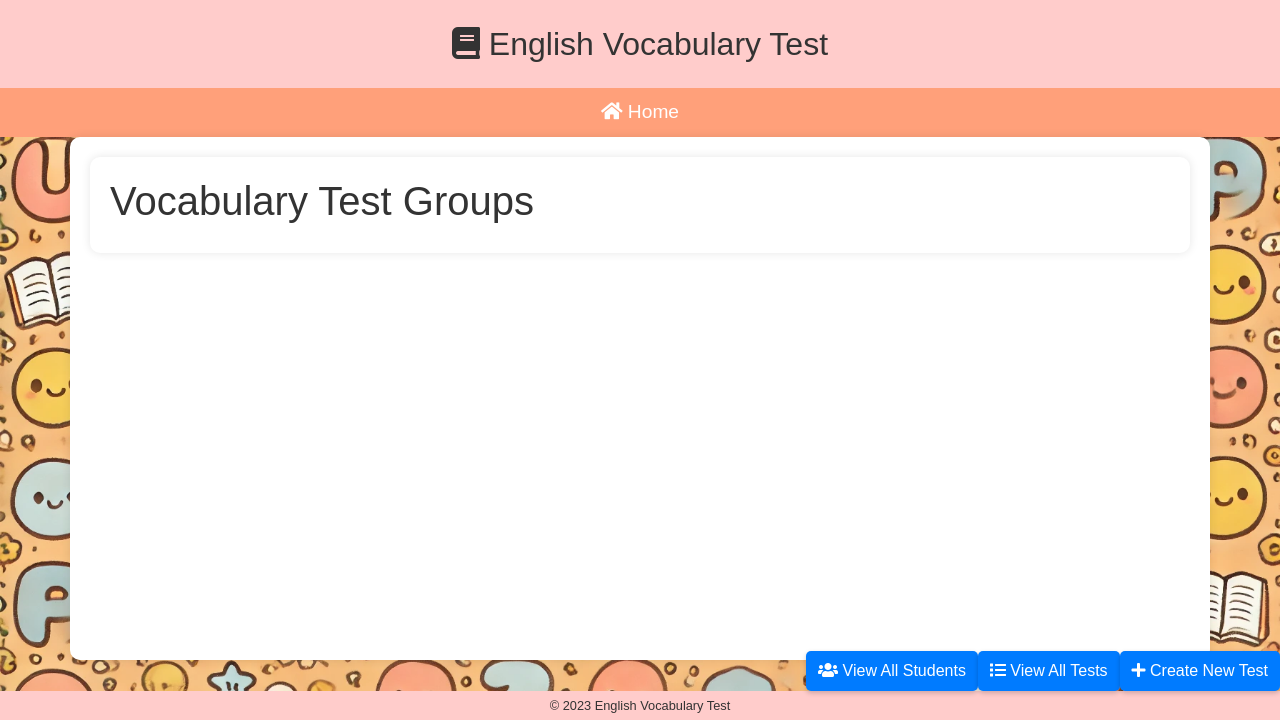
Repository: YamatoGH/testapp
Page: http://localhost/
These files come from the project's save history. The page is drawn as it stood at one moment and after the next save; the edit follows.
The browser window is 1280 px wide. The pictures show the whole page.
The page is served by the project's application, run on Django 5.2 (manage.py). Other server files are loaded and not shown. The page reads the database file committed with the project.

Above is the page before, as saved 2024-08-01 17:45:34.

### testapp/templates/testapp/home.html
{% extends "testapp/base.html" %}

{% block title %}Home{% endblock %}

{% block content %}
<div class="container">
    <h1>Vocabulary Test Groups</h1>
    {% for group, tests in group_tests.items %}
    <h2>{{ group.name }}</h2>
    {% if tests %}
    <table class="table table-striped table-hover">
        <thead>
            <tr>
                <th>Test Name</th>
                <th>Actions</th>
            </tr>
        </thead>
        <tbody>
            {% for test in tests %}
            <tr>
                <td>{{ test.name }}</td>
                <td><a href="{% url 'test_detail' test.id %}" class="btn btn-custom"><i class="fas fa-eye"></i> View</a></td>
            </tr>
            {% endfor %}
        </tbody>
    </table>
    {% else %}
    <p>No tests available in this group.</p>
    {% endif %}
    {% endfor %}
</div>

<div class="fixed-buttons">
    <a href="/students/" class="btn btn-custom view-all-students-button"><i class="fas fa-users"></i> View All Students</a>
    <a href="/all-tests/" class="btn btn-custom all-tests-button"><i class="fas fa-list"></i> View All Tests</a>
    <a href="/create-test-from-file/" class="btn btn-custom create-test-button"><i class="fas fa-plus"></i> Create New Test</a>
</div>
{% endblock %}

### testapp/templates/testapp/base.html
<!DOCTYPE html>
<html>
<head>
    {% load static %}
    <title>{% block title %}English Vocabulary Test{% endblock %}</title>
    <link rel="stylesheet" href="https://stackpath.bootstrapcdn.com/bootstrap/4.3.1/css/bootstrap.min.css">
    <link rel="stylesheet" href="https://cdnjs.cloudflare.com/ajax/libs/font-awesome/5.15.3/css/all.min.css">
    <link rel="stylesheet" type="text/css" href="{% static 'testapp/css/style.css' %}">
</head>
<body>
    <header>
        <i class="fas fa-book"></i> English Vocabulary Test
    </header>
    <nav>
        <a href="{% url 'home' %}"><i class="fas fa-home"></i> Home</a>
    </nav>
    <div class="container">
        {% block content %}{% endblock %}
    </div>
    <footer>
        &copy; 2023 English Vocabulary Test
    </footer>
</body>
<script>
    document.addEventListener("DOMContentLoaded", function() {
        var coll = document.getElementsByClassName("collapsible");
        for (var i = 0; i < coll.length; i++) {
            coll[i].addEventListener("click", function() {
                this.classList.toggle("active");
                var content = this.nextElementSibling;
                if (content.style.display === "block") {
                    content.style.display = "none";
                } else {
                    content.style.display = "block";
                }
            });
        }
    });
</script>
</html>

### testapp/views.py
import pandas as pd
from django.shortcuts import render, get_object_or_404, redirect
from django.contrib import messages
from .models import Test, Word, Student, Group
from .forms import TestForm, WordForm, StudentDetailForm, UploadFileForm
import random
from django.forms import formset_factory

def home(request):
    groups = Group.objects.all()
    return render(request, 'testapp/home.html', {'groups': groups})
def create_test_from_file(request):
    if request.method == 'POST':
        form = TestForm(request.POST, request.FILES)
        upload_form = UploadFileForm(request.POST, request.FILES)
        if form.is_valid() and upload_form.is_valid():
            test_name = form.cleaned_data['name']
            group = form.cleaned_data['group']
            file = request.FILES['file']
            if file.name.endswith('.csv'):
                data = pd.read_csv(file)
            elif file.name.endswith('.xlsx'):
                data = pd.read_excel(file)
            else:
                messages.error(request, "Unsupported file format")
                return redirect('create_test_from_file')

            test = Test.objects.create(name=test_name, group=group)

            for _, row in data.iterrows():
                Word.objects.create(test=test, word=row['word'], meaning=row['meaning'])

            messages.success(request, "Test created successfully")
            return redirect('test_detail', pk=test.id)
    else:
        form = TestForm()
        upload_form = UploadFileForm()

    return render(request, 'testapp/create_test_from_file.html', {'form': form, 'upload_form': upload_form})
def test_detail(request, pk):
    test = get_object_or_404(Test, pk=pk)
    words = test.words.all()
    return render(request, 'testapp/test_detail.html', {'test': test, 'words': words})

def all_tests(request):
    tests = Test.objects.all()
    return render(request, 'testapp/all_tests.html', {'tests': tests})

def print_test(request, pk, start_index, end_index, shuffle):
    test = get_object_or_404(Test, pk=pk)
    words = list(test.words.all())
    if shuffle == 'yes':
        random.shuffle(words)
    words = words[start_index:end_index]
    return render(request, 'testapp/print_test.html', {'test': test, 'words': words})

def print_test_with_answers(request, pk, start_index, end_index, shuffle):
    test = get_object_or_404(Test, pk=pk)
    words = list(test.words.all())
    if shuffle == 'yes':
        random.shuffle(words)
    words = words[start_index:end_index]
    return render(request, 'testapp/print_test_with_answers.html', {'test': test, 'words': words})

def add_student(request):
    if request.method == 'POST':
        form = StudentDetailForm(request.POST)
        if form.is_valid():
            form.save()
            return redirect('student_list')
        else:
            messages.error(request, "Form is not valid")
    else:
        form = StudentDetailForm()
    return render(request, 'testapp/add_student.html', {'form': form})

def student_list(request):
    students = Student.objects.all()
    return render(request, 'testapp/student_list.html', {'students': students})

def student_detail(request, pk):
    student = get_object_or_404(Student, pk=pk)
    if request.method == 'POST':
        form = StudentDetailForm(request.POST, instance=student)
        if form.is_valid():
            form.save()
            messages.success(request, '保存に成功しました。')
            if 'print' in request.POST:
                return redirect('print_test', pk=student.current_test.pk, start_index=form.cleaned_data['start_index'], end_index=form.cleaned_data['last_index'], shuffle=form.cleaned_data['shuffle'])
            else:
                return redirect('student_detail', pk=student.pk)
        else:
            messages.error(request, "Form is not valid")
            print(form.errors)  # デバッグ用
    else:
        form = StudentDetailForm(instance=student)

    return render(request, 'testapp/student_detail.html', {'form': form, 'student': student})

def group_tests(request, pk):
    group = get_object_or_404(Group, pk=pk)
    tests = group.tests.all()
    return render(request, 'testapp/group_tests.html', {'group': group, 'tests': tests})

### vocab_test/urls.py
"""
URL configuration for vocab_test project.

The `urlpatterns` list routes URLs to views. For more information please see:
    https://docs.djangoproject.com/en/5.0/topics/http/urls/
Examples:
Function views
    1. Add an import:  from my_app import views
    2. Add a URL to urlpatterns:  path('', views.home, name='home')
Class-based views
    1. Add an import:  from other_app.views import Home
    2. Add a URL to urlpatterns:  path('', Home.as_view(), name='home')
Including another URLconf
    1. Import the include() function: from django.urls import include, path
    2. Add a URL to urlpatterns:  path('blog/', include('blog.urls'))
"""
from django.contrib import admin
from django.urls import include, path
from django.conf import settings
from django.conf.urls.static import static

urlpatterns = [
    path('admin/', admin.site.urls),
    path('', include('testapp.urls')),
]+ static(settings.MEDIA_URL, document_root=settings.MEDIA_ROOT)

### testapp/urls.py
from django.urls import path
from . import views

urlpatterns = [
    path('', views.home, name='home'),
    path('create-test-from-file/', views.create_test_from_file, name='create_test_from_file'),
    path('test/<int:pk>/', views.test_detail, name='test_detail'),
    path('all-tests/', views.all_tests, name='all_tests'),
    path('print-test/<int:pk>/<int:start_index>/<int:end_index>/<str:shuffle>/', views.print_test, name='print_test'),
    path('print-test-with-answers/<int:pk>/<int:start_index>/<int:end_index>/<str:shuffle>/', views.print_test_with_answers, name='print_test_with_answers'),
    path('add-student/', views.add_student, name='add_student'),
    path('students/', views.student_list, name='student_list'),
    path('students/<int:pk>/', views.student_detail, name='student_detail'),
    path('group-tests/<int:pk>/', views.group_tests, name='group_tests'),
]

### testapp/static/testapp/css/style.css
body {
    font-family: 'Comic Sans MS', cursive, sans-serif;
    background-color: #f0f8ff;
    color: #333;
    margin: 0;
    padding: 0;
    background-image: url('/static/testapp/images/background.jpg');
    background-size: cover;
    background-repeat: no-repeat;
    background-attachment: fixed;
    display: flex;
    flex-direction: column;
    min-height: 100vh;
}

header {
    background-color: #ffcccb;
    padding: 20px;
    text-align: center;
    font-size: 2em;
    color: #333;
}

nav {
    background-color: #ffa07a;
    padding: 10px;
    text-align: center;
}

nav a {
    margin: 0 15px;
    color: #fff;
    text-decoration: none;
    font-size: 1.2em;
}

nav a:hover {
    text-decoration: underline;
}

.container {
    flex: 1;
    padding: 20px;
    background-color: rgba(255, 255, 255, 1.0);
    border-radius: 10px;
    box-shadow: 0 0 10px rgba(0, 0, 0, 0.1);
    margin-bottom: 60px;
}

footer {
    background-color: #ffcccb;
    padding: 5px;
    text-align: center;
    font-size: 0.8em;
    position: fixed;
    width: 100%;
    bottom: 0;
}

form .btn-save {
    background-color: #28a745 !important;
    color: white !important;
    padding: 10px 20px !important;
    border: none !important;
    text-align: center !important;
    text-decoration: none !important;
    display: inline-block !important;
    font-size: 16px !important;
    margin: 4px 2px !important;
    transition-duration: 0.4s !important;
    cursor: pointer !important;
}

form .btn-save:hover {
    background-color: white !important;
    color: black !important;
    border: 2px solid #28a745 !important;
}

form .btn-print {
    background-color: #87CEEB !important;
    color: white !important;
    padding: 10px 20px !important;
    border: none !important;
    text-align: center !important;
    text-decoration: none !important;
    display: inline-block !important;
    font-size: 16px !important;
    margin: 4px 2px !important;
    transition-duration: 0.4s !important;
    cursor: pointer !important;
}

form .btn-print:hover {
    background-color: white !important;
    color: black !important;
    border: 2px solid #87CEEB !important;
}

.btn-custom {
    background-color: #ffa07a !important;
    color: white !important;
    padding: 8px 12px !important;
    border: none !important;
    text-align: center !important;
    text-decoration: none !important;
    display: inline-block !important;
    font-size: 16px !important;
    margin: 0 !important;
    transition-duration: 0.4s !important;
    cursor: pointer !important;
    border-radius: 0.25rem !important; /* Bootstrapのデフォルトと一致させる */
}

.btn-custom:hover {
    background-color: white !important;
    color: black !important;
    border: 2px solid #ffa07a !important;
}


.collapsible {
    cursor: pointer;
    padding: 10px;
    width: 100%;
    border: none;
    text-align: center;
    outline: none;
    font-size: 1em;
}

.active, .collapsible:hover {
    background-color: #ddd;
}

.collapsible-content {
    display: none;
    overflow: hidden;
    padding: 0 10px;
}

.fixed-buttons {
    position: fixed !important;
    bottom: 29px !important;
    right: 0px !important;
    display: flex !important;
    flex-direction: row !important;
    gap: 0 !important;
    align-items: center !important;
    z-index: 1000 !important;
    padding: 0 !important;
}

.fixed-buttons .btn-custom {
    background-color: #007bff !important;
    color: white !important;
    padding: 8px 12px !important;
    border-radius: 5px !important;
    text-decoration: none !important;
    box-shadow: 0 2px 5px rgba(0,0,0,0.2) !important;
    transition: background-color 0.3s ease !important;
}

.fixed-buttons .btn-custom:hover {
    background-color: #0056b3 !important;
}

.view-all-students-button,
.all-tests-button,
.create-test-button {
    margin: 0 !important;
}

.form-group {
    display: flex !important;
    align-items: center !important;
}

.form-group button,
.form-group .btn-custom {
    margin-left: 10px !important;
}

.note-field {
    width: 100%;
    max-width: 400px; /* 必要に応じて調整 */
    height: 50px;
}

.alert {
    position: fixed;
    bottom: 5px;
    left: 50%;
    transform: translateX(-50%);
    background-color: #28a745;
    color: white;
    padding: 10px 20px;
    border-radius: 5px;
    box-shadow: 0 2px 5px rgba(0, 0, 0, 0.2);
    z-index: 1000;
    transition: opacity 0.5s ease-out, display 0.5s ease-out;
}

.btn-create {
    background-color: #28a745; /* Green color */
    border: none;
    color: white;
    padding: 10px 20px;
    text-align: center;
    text-decoration: none;
    display: inline-block;
    font-size: 16px;
    margin: 4px 2px;
    transition-duration: 0.4s;
    cursor: pointer;
}

.btn-create:hover {
    background-color: #218838; /* Darker green */
    color: white;
    border: 2px solid #218838;
}

.btn-add-words {
    background-color: #007bff; /* Light blue color */
    border: none;
    color: white;
    padding: 10px 20px;
    text-align: center;
    text-decoration: none;
    display: inline-block;
    font-size: 16px;
    margin: 4px 2px;
    transition-duration: 0.4s;
    cursor: pointer;
}

.btn-add-words:hover {
    background-color: #0056b3; /* Darker blue */
    color: white;
    border: 2px solid #0056b3;
}

### testapp/models.py
from django.db import models

class Group(models.Model):
    name = models.CharField(max_length=100)

    def __str__(self):
        return self.name

class Test(models.Model):
    name = models.CharField(max_length=100)
    group = models.ForeignKey(Group, on_delete=models.CASCADE, related_name='tests', null=True)

    def __str__(self):
        return self.name

class Word(models.Model):
    test = models.ForeignKey(Test, related_name='words', on_delete=models.CASCADE)
    word = models.CharField(max_length=100)
    meaning = models.CharField(max_length=255)

class Student(models.Model):
    name = models.CharField(max_length=100)
    test_group = models.ForeignKey('Group', on_delete=models.SET_NULL, null=True, blank=True)
    current_test = models.ForeignKey('Test', on_delete=models.SET_NULL, null=True, blank=True)
    start_index = models.IntegerField(default=0)
    last_index = models.IntegerField(default=0)
    last_saved = models.DateTimeField(auto_now=True)
    note = models.TextField(blank=True, null=True)
    shuffle = models.CharField(max_length=3, choices=[('yes', 'Yes'), ('no', 'No')], default='no')

    def __str__(self):
        return self.name

### db.sqlite3 (the tables this page reads, as SQL)
CREATE TABLE "testapp_group" ("id" integer NOT NULL PRIMARY KEY AUTOINCREMENT, "name" varchar(100) NOT NULL);
INSERT INTO "testapp_group" VALUES
(3, '5級'),
(5, '4級'),
(6, '3級'),
(7, '2級'),
(8, '1級');

After the next save:
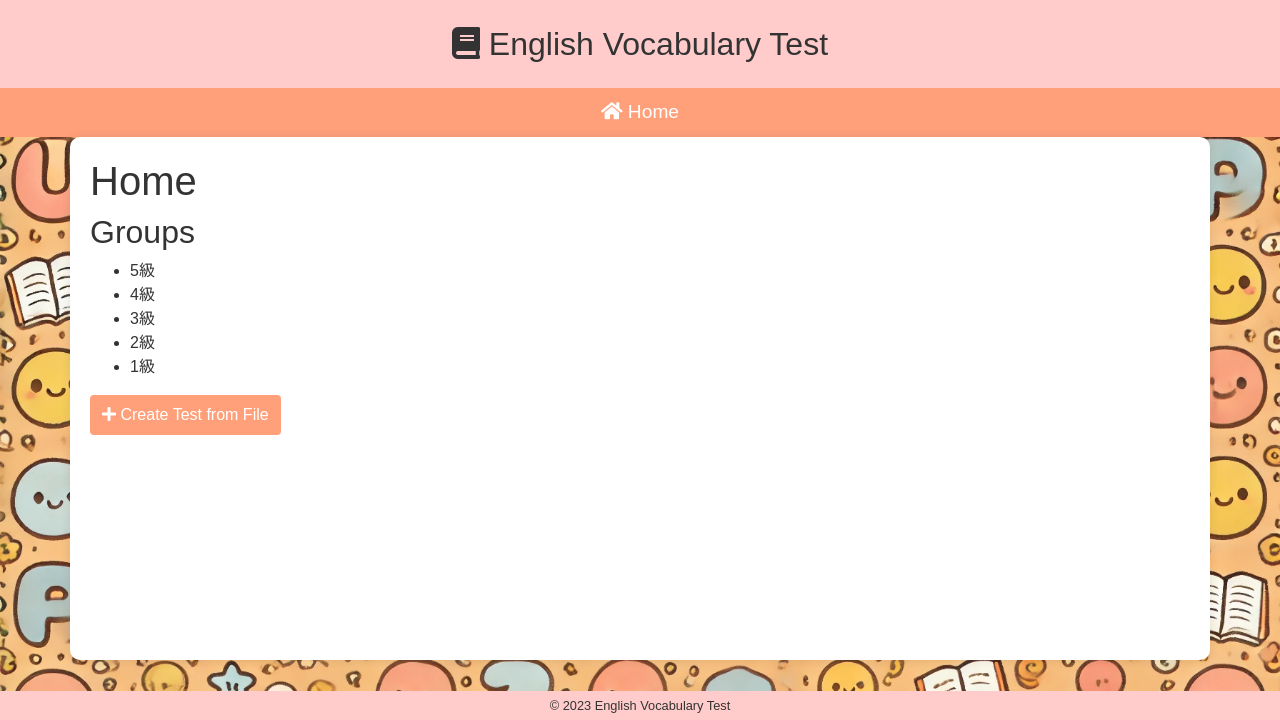
Saved 32 s later.
--- a/testapp/templates/testapp/home.html
+++ b/testapp/templates/testapp/home.html
@@ -3,36 +3,26 @@
 {% block title %}Home{% endblock %}
 
 {% block content %}
-<div class="container">
-    <h1>Vocabulary Test Groups</h1>
-    {% for group, tests in group_tests.items %}
-    <h2>{{ group.name }}</h2>
-    {% if tests %}
-    <table class="table table-striped table-hover">
-        <thead>
-            <tr>
-                <th>Test Name</th>
-                <th>Actions</th>
-            </tr>
-        </thead>
-        <tbody>
-            {% for test in tests %}
-            <tr>
-                <td>{{ test.name }}</td>
-                <td><a href="{% url 'test_detail' test.id %}" class="btn btn-custom"><i class="fas fa-eye"></i> View</a></td>
-            </tr>
-            {% endfor %}
-        </tbody>
-    </table>
-    {% else %}
-    <p>No tests available in this group.</p>
-    {% endif %}
-    {% endfor %}
-</div>
+<h1>Home</h1>
+
+{% if groups %}
+    <h2>Groups</h2>
+    <ul>
+        {% for group in groups %}
+            <li>{{ group.name }}</li>
+        {% endfor %}
+    </ul>
+{% else %}
+    <p>No groups available.</p>
+{% endif %}
+
+<a href="{% url 'create_test_from_file' %}" class="btn btn-custom"><i class="fas fa-plus"></i> Create Test from File</a>
+{% endblock %}
+
+
 
 <div class="fixed-buttons">
     <a href="/students/" class="btn btn-custom view-all-students-button"><i class="fas fa-users"></i> View All Students</a>
     <a href="/all-tests/" class="btn btn-custom all-tests-button"><i class="fas fa-list"></i> View All Tests</a>
     <a href="/create-test-from-file/" class="btn btn-custom create-test-button"><i class="fas fa-plus"></i> Create New Test</a>
 </div>
-{% endblock %}
